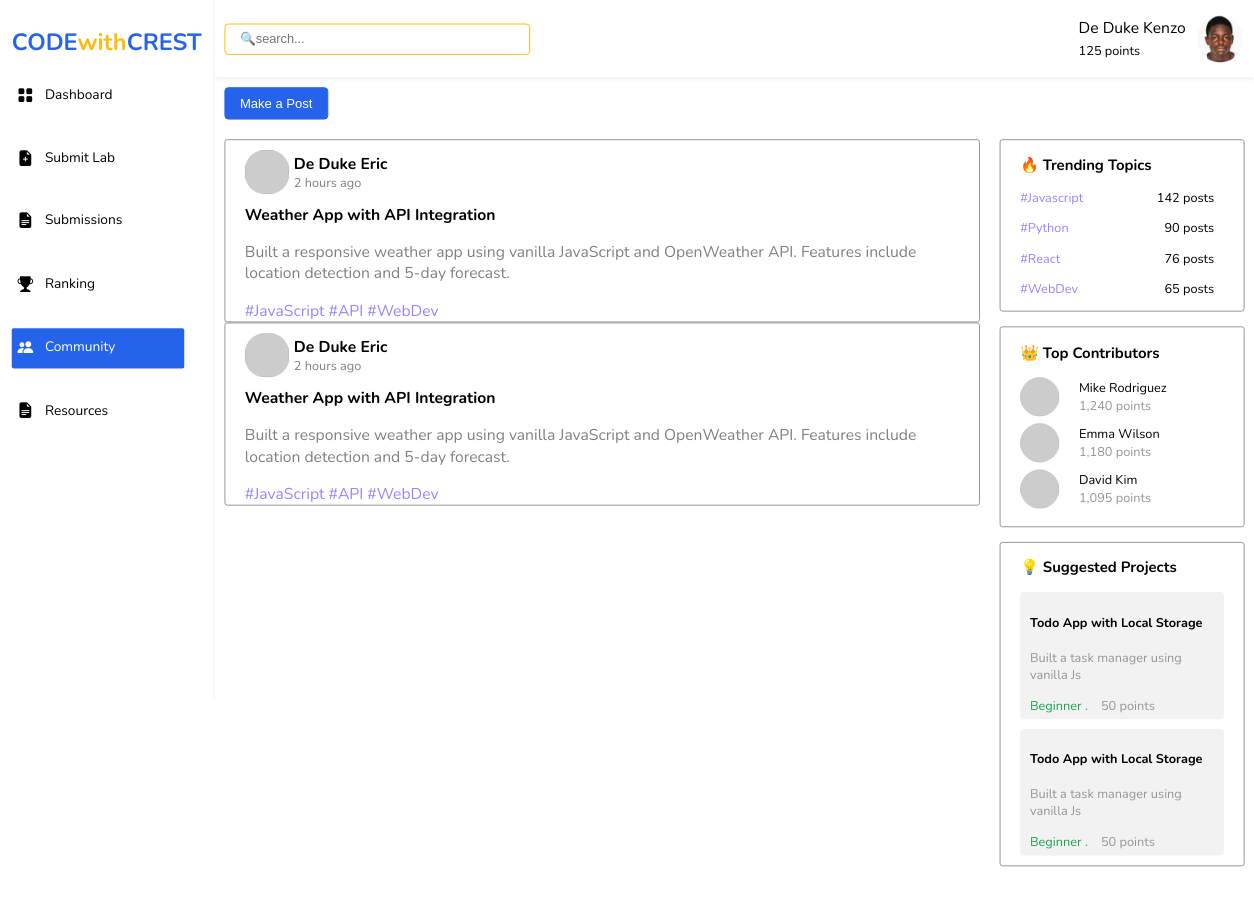
Repository: CarlTeclancing/codewithcrest
Page: /dashboard/community
An editor plug-in stored every save of this project. The page is shown before and after the next save, followed by the edit.
The browser window is 1280 px wide. The pictures show the whole page, at 98% of full size.
The project was rebuilt for these pictures with package versions that can differ from the ones it lists, and the page was loaded fresh each time. Also part of the build but not shown: vite.config.js, src/pages/Dashboard/dashboard.css, globals.js, src/pages/Dashboard/Dashboard.jsx, src/pages/ranking/ranking.css, src/components/UserCard.jsx, src/pages/ranking/Ranking.jsx, src/components/GuideLines.jsx and 15 more.

Above is the page before, as saved 2025-09-09 15:20:41.

### index.html
<!doctype html>
<html lang="en">
  <head>
    <meta charset="UTF-8" />
    <link rel="icon" type="image/svg+xml" href="./src/assets/react.svg" />
    <meta name="viewport" content="width=device-width, initial-scale=1.0" />
    <title>CODEwithCREST</title>
    <link rel="stylesheet" href="https://cdn.jsdelivr.net/npm/bootstrap-icons@1.13.1/font/bootstrap-icons.min.css">
    <!-- fonts-->
     <link rel="preconnect" href="https://fonts.googleapis.com">
     <link rel="preconnect" href="https://fonts.gstatic.com" crossorigin>
     <link href="https://fonts.googleapis.com/css2?family=Nunito:ital,wght@0,200..1000;1,200..1000&display=swap" rel="stylesheet">
  </head>
  <body>
    <div id="root"></div>
    <script type="module" src="/src/main.jsx"></script>
  </body>
</html>

### src/main.jsx
import { StrictMode } from 'react'
import { createRoot } from 'react-dom/client'
import './index.css'
import App from './App.jsx'
import 'react-responsive-modal/styles.css';


createRoot(document.getElementById('root')).render(
  <StrictMode>
    <App/>
  </StrictMode>,
)

### src/index.css
:root {
  /* CSS variables */
   --primary-color: #5B0C4E;
   --primary-color-hover: #5b0c4edc;
   --bg-color: #FFFAFE;
   --bg-white: #ffffff;
   --text-color: #262626;
   --border-color: #93B4FD;
   --bg-tab: #DECADB;

   --pending: #EA5254;
   --completed: #3CDA7D;
   --in-progress: #F9BD3B;

   --primary-white-color: white;
   --primary-black-color: black;
   --primary-error-color: red;
 }

body{
  /* border: solid 1px blue; */
  margin: 0%;
  width: 100%;
  height: auto;
  /* display: flex; */
  /* justify-content: center; */
  font-family: "Nunito", sans-serif;
  font-optical-sizing: auto;
  font-weight: 400;
  font-style: normal;
  overflow-x: hidden;
}
/* .post{
  width: 80%;
  display: flex;
  flex-direction: row;
  flex-wrap: wrap;
  align-items: center;
  justify-content: center;
}
.individual-post{
  width: 500px;
  height: auto;
  background-color: rgba(0, 0, 0, 0.05);
  margin: 12px;
  padding: 24px;
  border-radius: 12px;
  border: 1px solid rgba(0, 0, 0, 0.05);
  color: black;
} */

### src/App.jsx
import React  from 'react'
import { createBrowserRouter, RouterProvider ,Route ,Routes } from 'react-router-dom'

import Dashboard from './pages/Dashboard/Dashboard.jsx'
import Ranking from './pages/ranking/Ranking.jsx'
import Submission from './pages/submission/Submission.jsx'

import SubmitLab from './pages/submitLab/SubmitLab.jsx'
import Community from './pages/community/Community.jsx'
import Resources from './pages/resources/Resources.jsx'
import Assistant from './pages/assistant/Assistant.jsx'
import Login from './pages/auths/login/Login.jsx'
import Register from './pages/auths/register/_Register.jsx'
import PersonalInfo from './pages/auths/register/PersonalInfoForm.jsx'
import Experience from './pages/auths/register/ExperienceForm.jsx'
import Program from './pages/auths/register/ProgramForm.jsx'
import { UserProvider } from './providers/userProvider.jsx'
import DashboardLayout from './Layout/DashboardLayout.jsx'
import Subscribe from './pages/subscribe/Subscribe.jsx'

function App() {

  const router = createBrowserRouter([
    {path:'/', element:<Login />},
    // No landing page
    // Auth pages
    {path:'/login',  index:true,element:<Login />},
    {path:'/register', element:<Register />},
    {path:'/personal-information', element:<PersonalInfo />},
    {path:'/program', element:<Program />},
    {path:'/experience', element:<Experience/>},

    // Subscribtion page
    {
      path:'/subscribe',
      element:<Subscribe/>
    },

    // Dashboard pages
    {
      path:'/dashboard',
      element:<DashboardLayout/>,
      children:[
        {
          index:true,
          element:<Dashboard/>
        },
        {path:'submissions', element:<Submission />},
        {path:'submitlab', element:<SubmitLab />},
        {path:'community', element:<Community />},
        {path:'ranking', element:<Ranking />},
        {path:'resources', element:<Resources />},

      ]
    },

    // {path:'/ranking', element:<Ranking />},
    // {path:'/bugtracking', element:<BugTracking />},
    // {path:'/hello', element:<Hello />},
    // {path:'/assistant', element:<Assistant />}

  ]);

  return (
    <>
      <UserProvider>
        <RouterProvider router={router} />
      </UserProvider>
    </>
  )
}

export default App

const Temp = () => {
  return(
    <>
      testing temp comp
    </>
  )
}

### src/providers/userProvider.jsx
import React ,{createContext ,useState} from "react";


const UserContext = createContext()

export const UserProvider = ({children}) => {
    const [user ,setUser] = useState()

    return (<UserContext.Provider value={{user:user ,setUser:setUser}}  >{children}</UserContext.Provider>)
}

export default UserContext

### src/Layout/DashboardLayout.jsx
import React from "react";
import Sidebar from "../components/Sidebar";
import { Outlet } from "react-router-dom";
import Header from "../components/Header";
import '../styles/layout.css'


const DashboardLayout = () => {
    return(
        <React.Fragment>
            <div style={{border:'solid 0px blue',display:'flex' }}>
                <Sidebar/>

                <div style={{border:'solid 0px red' ,flex:1 ,display:'flex', flexDirection:'column'}}>
                    <div>
                        <Header/>
                    </div>
                    <div>
                        <Outlet/>
                    </div>
                </div>
            </div>

        </React.Fragment>
    )
}

export default DashboardLayout

### src/pages/submitLab/submitlab.css
.labs-container{
    display: flex;
    flex-direction: column;
    padding: 0px 10px;
    gap: 15px;
}
.lab-info{
    display: flex;
    padding: 20px;
    border-radius: 10px;
    flex-direction: column;
    border: 1px solid rgba(168, 122, 5 ,0.5);
}
.headline{
    display: flex;
    align-items: center;
    justify-content: space-between;
    line-height: 0%;
}
.headline h3{
    /* font-size: x-large; */
    font-weight:800;
}
.bottom-line{
    display: flex;
    align-items: center;
    justify-content: space-between;
    font-size: small;
}
.points{
    font-size: small;
}
.hashtags{
    /* width: auto; */
    border: solid 1px rgba(0,0,255 ,0.3);
    padding: 10px;
    font-size: x-small;
    color: #006EFF;
    border-radius: 6px;
    background-color: #E3F2FD;
}
.inactive-btn{
    color: #2563EB;
    background-color: white;
    border: solid 1px #2563EB;
}
.deadline{
    color: #006EFF;
    margin-right: 25px;
}
.task{
    color: grey;
}
.form-group{
  display: flex;
  align-items:center;
  margin-bottom: 15px;
}
.form-group > div {
  flex: 1; /* Makes both fields take equal space */
  margin-right: 10px;
}
.form-group > div:last-child {
  margin-right: 0; /* Remove margin from the last child */
}
button{
    color: black;
    padding: 5px 8px;
    margin-right: 20px;
}
button:hover, .button.active{
  cursor: pointer;
  border-radius: 2px;
  color: white;
  border: 1px solid #2563EB;
  background-color: #2563EB;
}
.upload{
    padding: 20px;
    width: 60%;
    height: 160px;
    place-self: center;
    display: flex;
    margin: 25px 0;
    border-radius: 5px;
    flex-direction: column;
    text-align: center;
    align-items: center;
    justify-content: center;
    border: 1px dashed black;
}
.upload input{
    padding: 5px 8px;
    place-self: center;
}
.upload span{
 color: #959595;
 font-size: 10px;
}

th{
    color: #959595;
    font-weight: lighter;
    background-color: #E3F2FD;
}
td{
    padding: 8px 15px;
    font-size: 12px;
    font-weight: lighter;
}
.url{
    color: #006EFF;
}
.nav{
    width: 95%;
    display: flex;
    align-items: center;
    justify-content: space-between;
}
label, input::placeholder{
    font-size: 13px;
}
.btnl{
    color: #006EFF;
    background-color: white;
    border: 1px solid #006EFF;
}
.bar a{
    color: black;
    font-weight: 12px;
    margin-left: 25px;
    font-weight: lighter;
    text-decoration: none;
}

### src/pages/community/community.css
.community-page{
    display: flex;
    gap: 20px;
    /* padding-right: 20px; */
}
.form-post span{
    margin-right: 10px;
}
.left-side{
    /* width: 60%; */
    flex: 1;
    display: flex;
    /* margin-right: 20px; */
    flex-direction: column;
}
.right-side{
    width: 250px;
    display: flex;
    flex-direction: column;
    font-size: small;
    gap: 15px;
}
.firstline{
    display: flex;
    align-items: center;
}
.contributor-info{
    display: flex;
    flex-direction: column;
    /* border: solid 1px red; */
    padding: 0;
    margin: 0;
    line-height: normal;
}
.contributors img{
  width: 40px;
  height: 40px;
  background-color: rgba(0,0,0,0.2);
  border-radius: 50%;
  margin-right: 20px;
}
input{
    height: 23px;
}
textarea{
    height: 70px;
}
input, textarea{
    width:90%;
    outline: none;
    padding: 5px 10px;
    border-radius: 3px;
    border: 1px solid #959595;
}
.bottom{
    display: flex;
    align-items: center;
    justify-content: space-between;
}
.add a{
    color: #959595;
    margin-right: 15px;
    text-decoration: none;
}
.bottom button{
    color: white;
    padding: 8px 12px;
    border-radius: 6px;
    border: 1px solid #9b83fc;
    background-color: #9b83fc;
}
.trends{
    display: flex;
    justify-content: space-between;
}
.hashtag{
    color: #9b83fc;
}
.top-contributors{
    display: flex;
    flex-direction: column;
    gap: 7px;
}
.contributors, .top-contributors{
    margin: 0% !important;
}
.contributors{
    display: flex;
    align-items: center;
}
.contributor-point{
    color: #959595;
}
.suggestion{
    padding: 5px 10px;
    margin-bottom: 10px;
    border-radius: 4px;
    background-color: #f3f2f2;
}
.level-name{
    color: #16A34A;
}
.suggestion p, .level-point{
    color: #959595;
}
.post-profile{
    display: flex;
    padding: 10px 0px;
    align-items: center;
    gap: 5px;
}
.form-post{
    padding: 0px 20px;
    border-radius: 3px;
    margin-bottom: ;
    border: 1px solid #959595;
}
.post-profile img{
    width: 45px;
    height: 45px;
    background-color: rgba(0,0,0,0.2);
    border-radius: 20px;
}
.post-profile .name{
    font-weight: bold;
}
.post-profile .time{
    font-size: small;
    color: grey;
}
.post-profile-info{
    display: flex;
    flex-direction: column;
}

### src/components/CommunityPost.jsx
import React from 'react'

function CommunityPost({name, time, pic, code, title, description, hashtags}) {
  return (
    <div className='form-post'>
        <div className="post-profile">
            <img src={pic} alt="" />
            <div className="post-profile-info">
                <span className="name">{name}</span>
                <span className="time">{time}</span>
            </div>
        </div>

        <strong>{title}</strong>
        <p style={{color:'grey'}} >{description}</p>
        <p>{code}</p>
        <span className='hashtag'>{hashtags}</span>
        {/* <div className="icons">

        </div> */}
    </div>
  )
}

export default CommunityPost

### src/pages/resources/resource.css
button{
  color: white;
  padding: 8px 15px;
  border-radius: 4px;
  background-color: #2563EB;
  border: 1px solid #2563EB;
}
.library{
    display: flex;
    padding: 10px;
    border-radius: 5px;
    flex-direction: column;
    border: 1px solid rgba(0,0,0,0.2);
}
.nav-link{
    display: flex;
    align-items: center;
    justify-content: space-between;
}
.nav-link a, .bln{
    padding: 5px 10px;
    color: black;
    text-decoration: none;
    border-radius: 5px;
    background-color: #f0efef;
}
.nav-link a:hover{
    color: white;
    background-color: #2563EB;
}
.nav{
    display: flex;
    width: 40%;
    flex-direction: left;
}
.resource-block{
    /* width: 100%; */
    display: flex;
    overflow: hidden;
    justify-content: space-between;
}
.resource-box{
    min-width: 275px;
    height: 150px;
    padding: 0px 15px;
    /* margin-right: 15px; */
    border-radius: 5px;
    /* margin-bottom: 10px; */
    border: 1px solid rgba(0,0,0,0.2);
}
.left-block{
    /* width: 73%; */
    flex: 1;
    /* border: solid 1px red; */
    display: flex;
    gap: 10px;
    row-gap: 0px;
    flex-wrap: wrap;
}
.right-block{
 width: 200px;
 font-size: small;
 display: flex;
 flex-direction: column;
 gap: 10px;
}
.right-bar{
 padding:10px 15px;
 border-radius: 5px;
 border: 1px solid rgba(0,0,0,0.2);
}
.post-profile-info .name{
    margin: 0%;
}
.headline{
    display: flex;
    justify-content: space-between;
    gap: 20px;
}
.headline span{
    /* text-align: center; */
}
.top-value{
    color: #2563EB;
}
.quote{
    color: #2563EB;
    margin-top: 25px;
    padding:10px 15px;
    text-align: center;
    border-radius: 5px;
    background-color: #cce0f4;
    border: 1px solid #2563EB;
}
.goal{
    color: #2563EB;
    text-align: center;
    font-weight: bolder;
}
.weekly{
    text-align: center;
}
.weekly progress{
    background-color: #FFBC10;
}
.weekly progress::-webkit-progress-value {
  background-color: #FFBC10;
  border-radius: 10px;
  height: 8px;
}
.column{
    padding: 5px 10px;
    border-radius: 10px;
    margin-bottom: 10px;
    border-left: 3px solid #FFBC10;
    background-color: #d7e6f5;
}
.column h4{
    margin: 7px;
}
.column p{
    margin: 0%;
    font-size: 12px;
    line-height: 17px;
}
.p{
    color: #959595;
}
.assistant{
    display: flex;
    flex-direction: column;
}
.assistant h1, .assistant p{
    text-align: center;
}
.assistant h1{
    margin: 0%;
}
.assist{
    width: 60%;
    display: flex;
    margin-top: 40px;
    place-self: center;
    flex-direction: column;
}
.box-suggest{
    /* border:solid 1px red; */
    width: 100%;
    display: flex;
    flex-wrap: wrap;
    align-items: center;
    gap: 10px;
    justify-content: space-evenly;
}
.suggest{
    cursor: pointer;
    padding: 20px;
    font-size: smaller;
    color: #2563EB;
    text-align: center;
    border-radius: 5px;
    font-weight: bold;
    border: 1px solid #c3c3c3;
}

### src/components/Sidebar.jsx
import React from 'react'
import { Link  ,useLocation } from 'react-router-dom'
import '../styles/sideBarStyles.css'


function Sidebar() {

   const location = useLocation()

  return (
    <div className='sidebar-admin'>
         <h2 className="logo p-10"><span>CODE</span>with<span>CREST</span></h2>
         <div className="navbar p-10">
               <Link className={`section ${location.pathname === "/dashboard" ? "active" : ""}`} to="/dashboard" >
                  <i className="bi bi-grid-fill"></i>
                  <span className='nav-element'>Dashboard</span>

               </Link>
               <Link className={`section ${location.pathname === "/dashboard/submitlab" ? "active" : ""}`} to="/dashboard/submitlab">
                  <i class="bi bi-file-earmark-plus-fill"></i>
                  <span className='nav-element'>Submit Lab</span>
               </Link>
               <Link className={`section ${location.pathname === "/dashboard/submissions" ? "active" : ""}`} to="/dashboard/submissions">
                  <i class="bi bi-file-earmark-text-fill"></i>
                  <span className='nav-element'>Submissions</span>
               </Link>
               <Link className={`section ${location.pathname === "/dashboard/ranking" ? "active" : ""}`} to="/dashboard/ranking">
                  <i class="bi bi-trophy-fill"></i>
                  <span className='nav-element'>Ranking</span>
               </Link>
               <Link className={`section ${location.pathname === "/dashboard/community" ? "active" : ""}`} to="/dashboard/community">
                  <i class="bi bi-people-fill"></i>
                  <span className='nav-element'>Community</span>
               </Link>
               <Link className={`section ${location.pathname === "/dashboard/resources" ? "active" : ""}`} to="/dashboard/resources">
                  <i class="bi bi-file-earmark-text-fill"></i>
                  <span className='nav-element'>Resources</span>
               </Link>
               {/* <Link className={`section ${location.pathname === "/dashboard/assistant" ? "active" : ""}`} to="/dashboard/assistant">
                  <i class="bi bi-file-earmark-text-fill"></i>
                  <span className='nav-element'>Assistant</span>
               </Link> */}
         </div>

      </div>
  )
}

export default Sidebar

### src/components/Header.jsx
import React ,{useState ,useEffect} from 'react'
// import  './layout.css'
import Img1 from '../assets/img1.jpg'


function Header() {

  const [showMenu ,setShowMenu] = useState(false)

  useEffect(()=>{
    if(window.innerWidth <= 500){
      setShowMenu(true)
    }
  },[window.innerWidth])
  console.log(showMenu);


  return (
    <div className='head'>
      {/* {showMenu && <div>
          <span className='bi bi-menu'>🍺</span>
      </div>} */}

      {/* <h2 className="logo"><span>CODE</span>with<span>CREST</span></h2> */}
        <div>
          <span style={{display:'flex', alignItems:'center'}}>
            <input type="text"  className='search' placeholder='🔍search...  '/>
          </span>
        </div>

        <div className="profile" style={{cursor:'pointer'}}>
            <p className='name'>De Duke Kenzo<br/><span className='points'>125 points</span></p>
            <img src={Img1} alt="" />
        </div>
    </div>
  )
}

export default Header

### src/styles/layout.css

.guidelines{
  /* border: solid 1px cyan; */
  padding: 5px;
}
.guide{
  width: 250px;
  border-radius: 10px;
  font-size: small;
  border: 1px solid #93B4FD;
  background-color: #F0F9FF;
  padding:10px;
  display: flex;
  flex-direction: column;
  color: grey;
}
.guide h3{
  color: black;
  /* line-height: normal; */
}
.guide ul{
  list-style: none;
}
.guide-container{
  /* width: 100%; */
  display: flex;
  flex-wrap: wrap;
  gap: 15px;
  /* justify-content: space-between; */
}
.guide-container div:first-child{
  border-left: 4px solid var(--primary-color);
}
.guide-container div:nth-child(2){
  border-left: 4px solid var(--primary-error-color);
  /* margin-left: 12px; */
}
.guide-container div:nth-child(3){
  border-left: 4px solid var(--completed);
  /* margin-left: 12px; */
}

.nav-element{
  margin-left: 12px;
  font-size: 14px;
  width: 100%;
}

.head{
  padding: 10px;
  height:59px;
  /* width: 98%; */
  display: flex;
  align-items: center;
  justify-content: space-between !important;
  background-color: #ffffff;
  box-shadow: 0 2px 5px rgba(0, 0, 0, 0.1);
}

.icon{
  margin-right: 10px;
}
.search{
  width: 280px;
  height: 30px;
  outline: none;
  border-radius: 4px;
  border: 1px solid #FFBC10;
  padding: 0 15px;
}
.profile{
  display: flex;
  align-items: center;
}
.profile img{
  width: 50px;
  border-radius: 50%;
  margin-left: 10px;
}

.dashboard-container{
  padding: 10px;
  padding-bottom: 50px;
  /* border: solid 1px green; */
  overflow: auto;
  display: flex;
  flex-direction: column;
  gap: 20px;
}

### src/styles/sideBarStyles.css
.sidebar-admin{
  top: 0;
  max-width: 200px;
  display: flex;
  padding: 12px;
  flex-direction: column;
  background-color: #ffffff;
  scroll-behavior: smooth;
  border-right: solid 1px rgba(0,0,0,0.05);
  /* border: solid 1px red; */
  position: sticky;
  height: 96vh;
}
.sidebar-admin a{
  text-decoration: none;
  color: black;
  margin-bottom: 20px;
  background-color: rgba(255, 255, 255, 0.527);
  border-radius: 3px;
  transition: 0.3s, color 0.3s;
  display: flex;
}
.navbar{
  display: flex;
  flex-direction: column;
  justify-content: space-between;
}
.logo{
 margin:0px;
 font-weight: bolder;
 color: #FFBC10;
 line-height: normal;
 padding: 15px 0px;
}
.logo span{
  color: #2563EB;
}
.section{
  margin: 3px 0;
  width: 85%;
  padding: 5% 3%;
  border-radius: 2px;
}
.section:hover, .section.active{
  cursor: pointer;
  border-radius: 2px;
  color: white;
  background-color: #2563EB;
}

@media screen and (max-width:500px) {
.sidebar-admin{
  border: solid 1px red;
  padding: 0px;
  max-width: 0px;
  overflow: hidden;
}

}

Loaded but not shown: src/pages/community/Community.jsx (212 lines, source omitted)

After the next save:
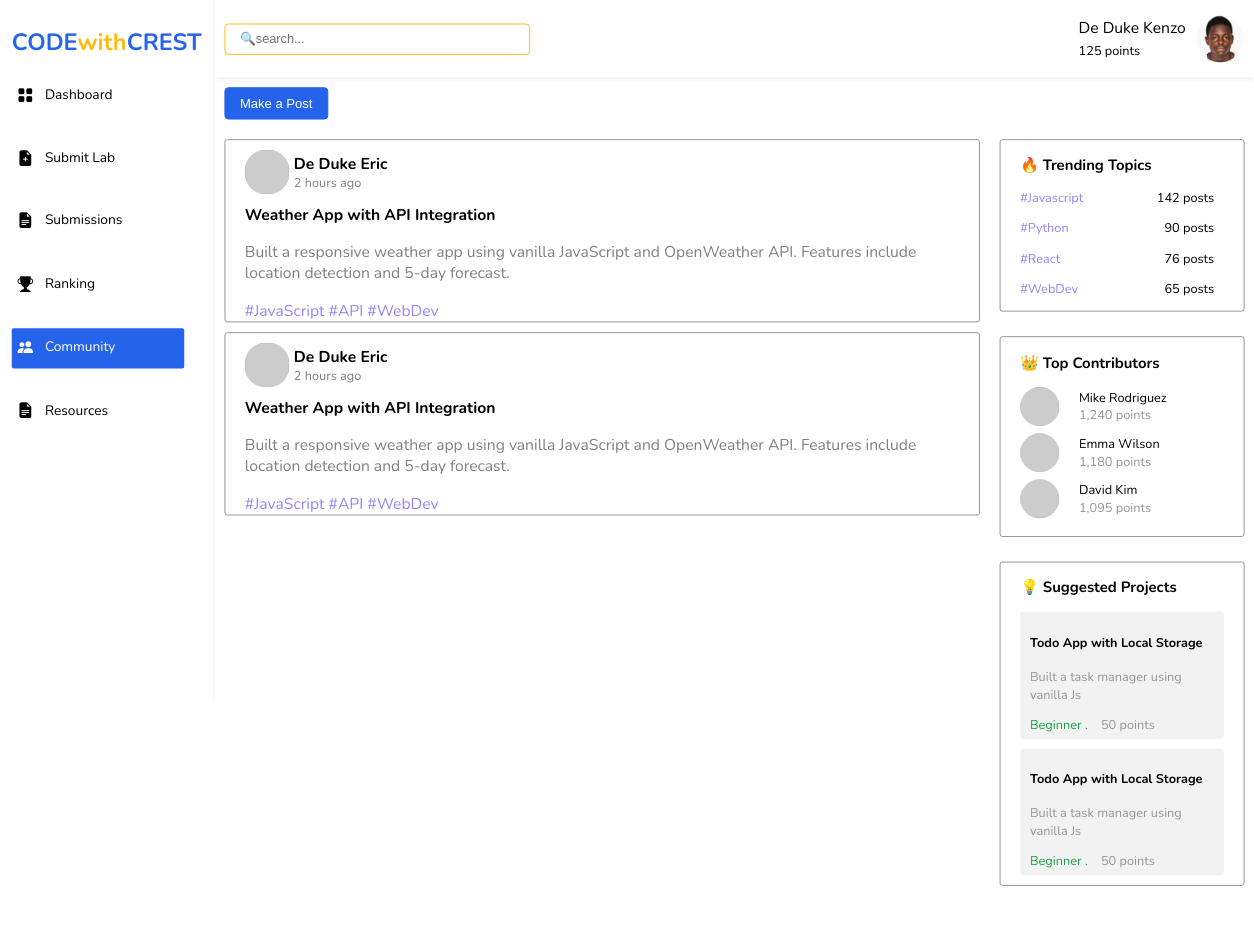
Saved 6 s later.
--- a/src/pages/community/community.css
+++ b/src/pages/community/community.css
@@ -112,7 +112,7 @@ input, textarea{
 .form-post{
     padding: 0px 20px;
     border-radius: 3px;
-    margin-bottom: ;
+    margin-bottom: 10px;
     border: 1px solid #959595;
 }
 .post-profile img{
